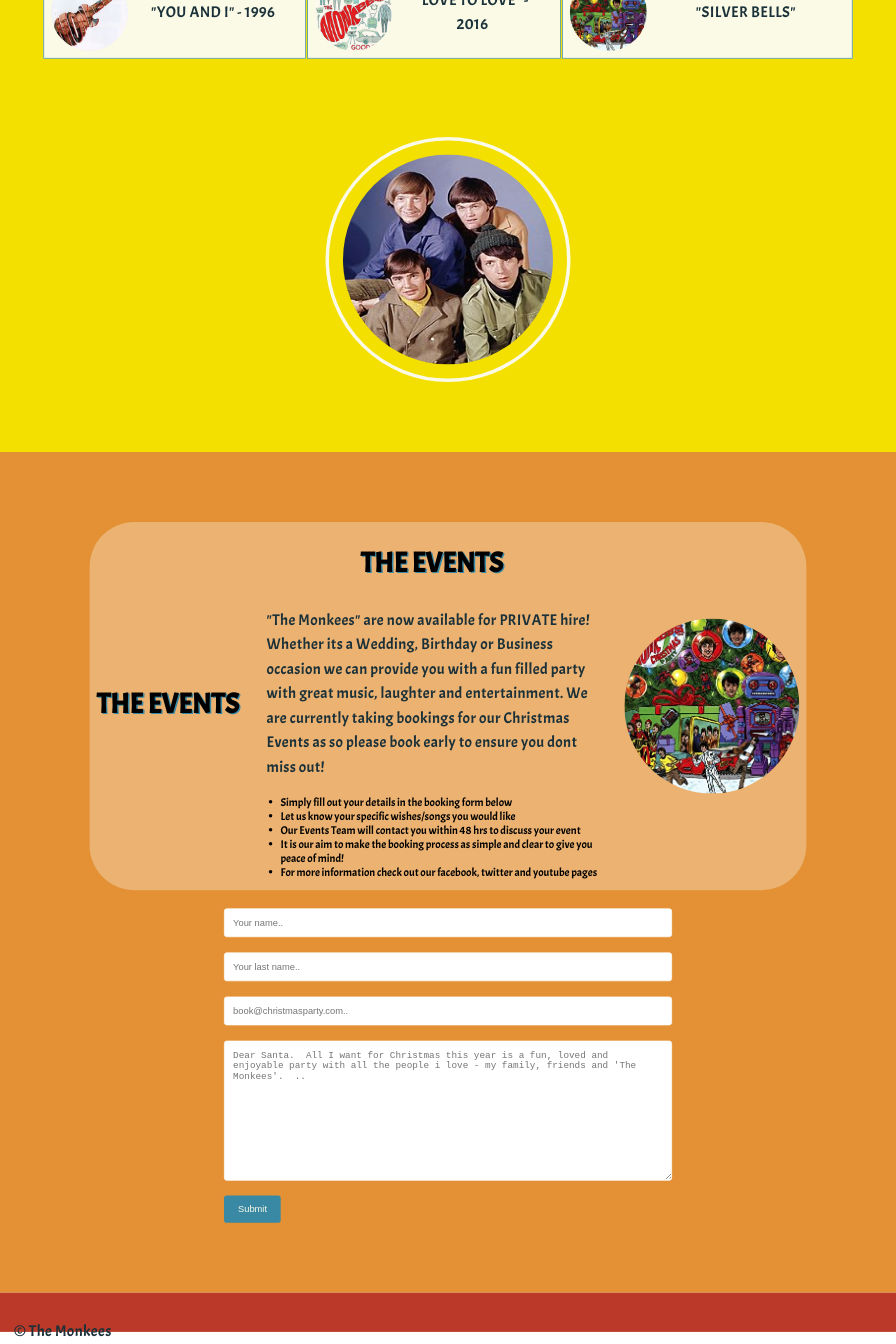
Repository: stu1612/Milestone-Project-Stu-Bolderson
Page: index.html
The author's editor kept a record of every edit. The page is drawn from the files as they stood at one moment, then again after the next edit.
The browser window is 1280 px wide. The pictures show the part of the page from y = 3614 to 5534 px (the page is 5534 px tall), at 70% of full size.
Some web libraries are served in a nearby version.

Above is the page before.

After the next edit:
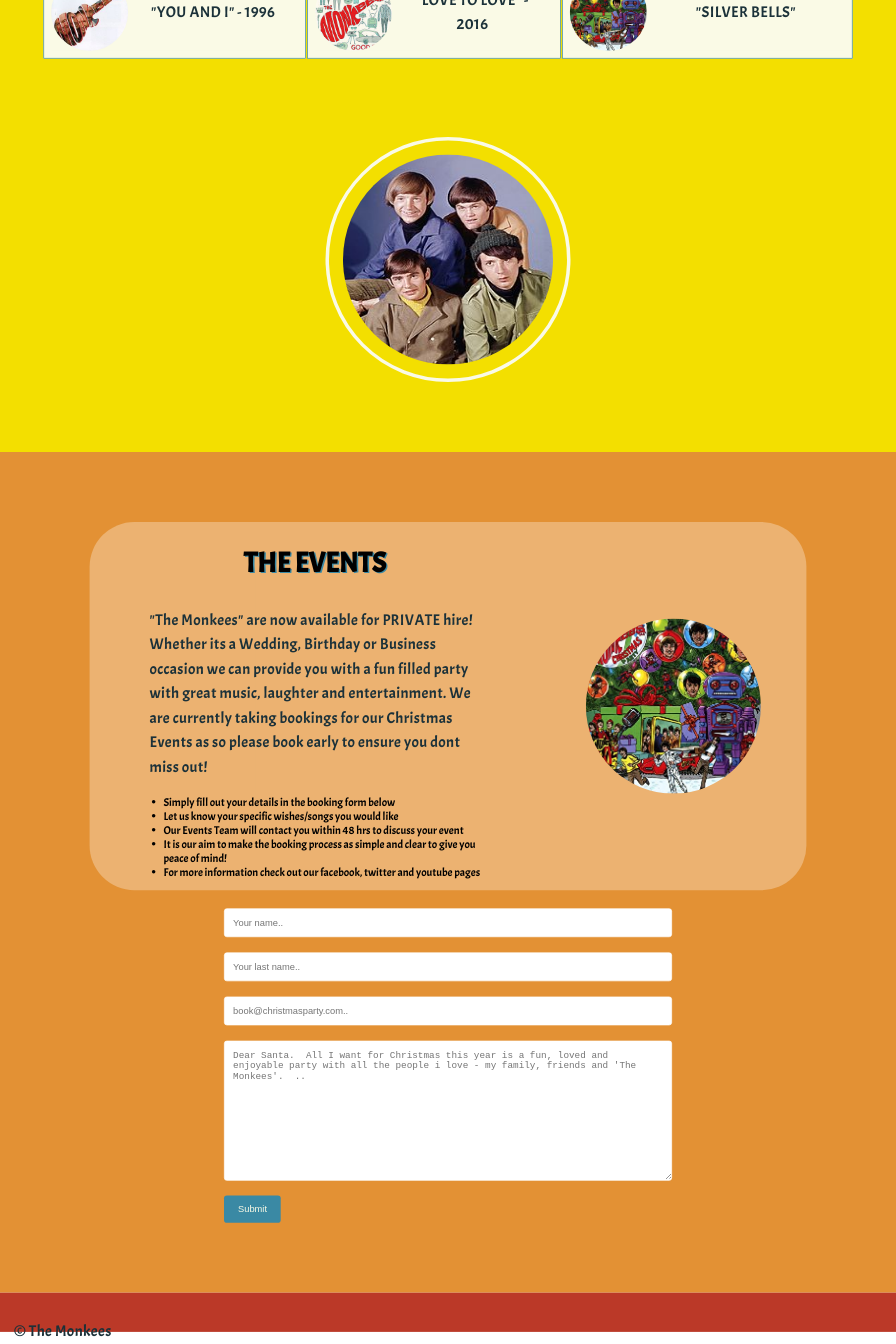
The edit:
--- a/index.html
+++ b/index.html
@@ -295,7 +295,7 @@
 
             <div class="background events">
                 <div class="events-img-txt">
-                    <h2>The Events</h2>
+
                 <div class="events-text">
                     <h2>The Events</h2>
                     <p>"The Monkees" are now available for PRIVATE hire! Whether its a Wedding, Birthday or Business occasion we can provide you with a fun filled party with great music, laughter and entertainment. We are currently taking bookings for our Christmas Events
